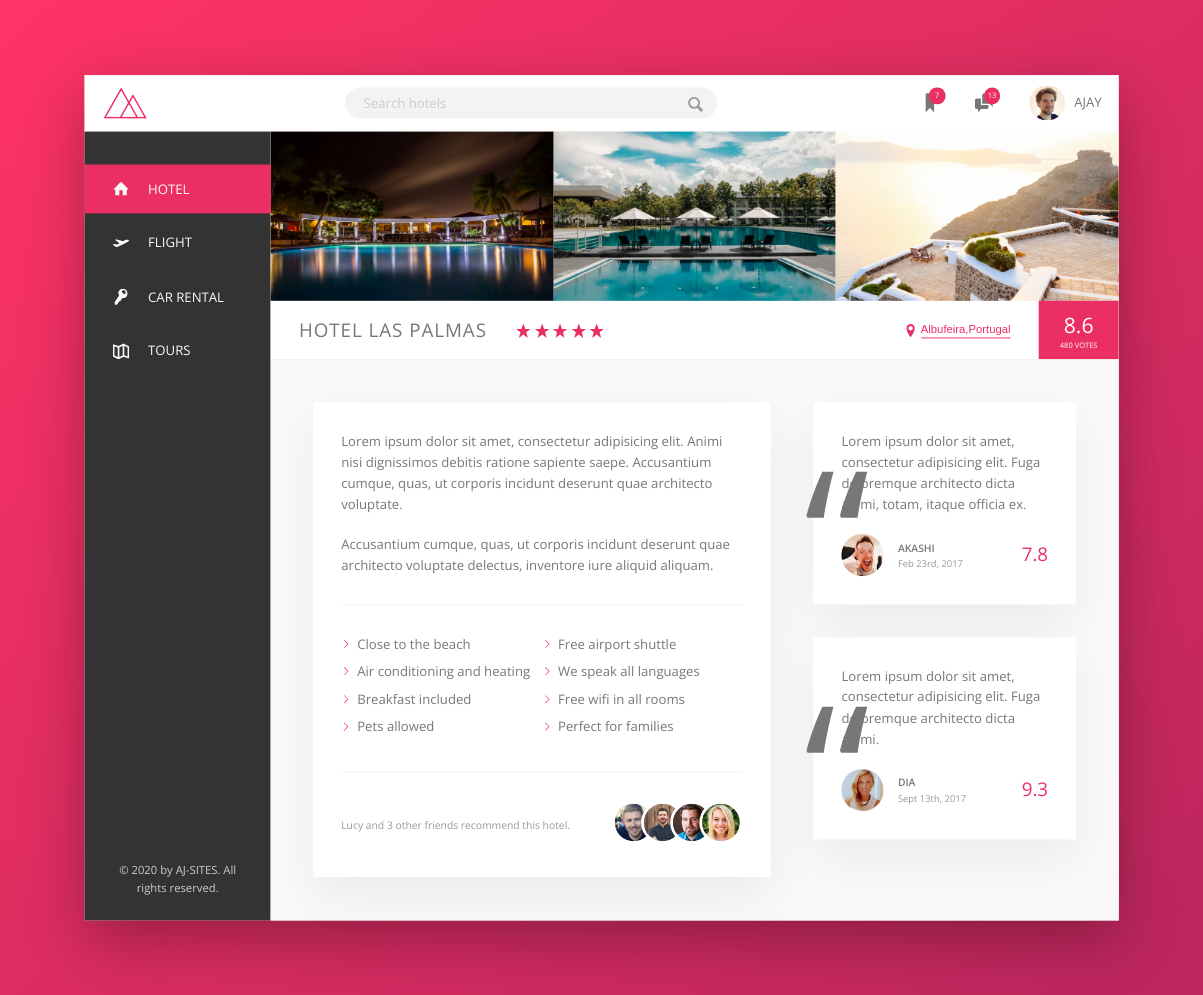
Repository: ajayaj2001/modern-Hotel
Page: /
An editor plug-in stored every save of this project. The page is shown before and after the next save, followed by the edit.
The browser window is 1280 px wide. The pictures show the whole page, at 94% of full size.
The project was rebuilt for these pictures with package versions that can differ from the ones it lists, and the page was loaded fresh each time.

Above is the page before, as saved 2020-12-14 00:19:39.

After the next save:
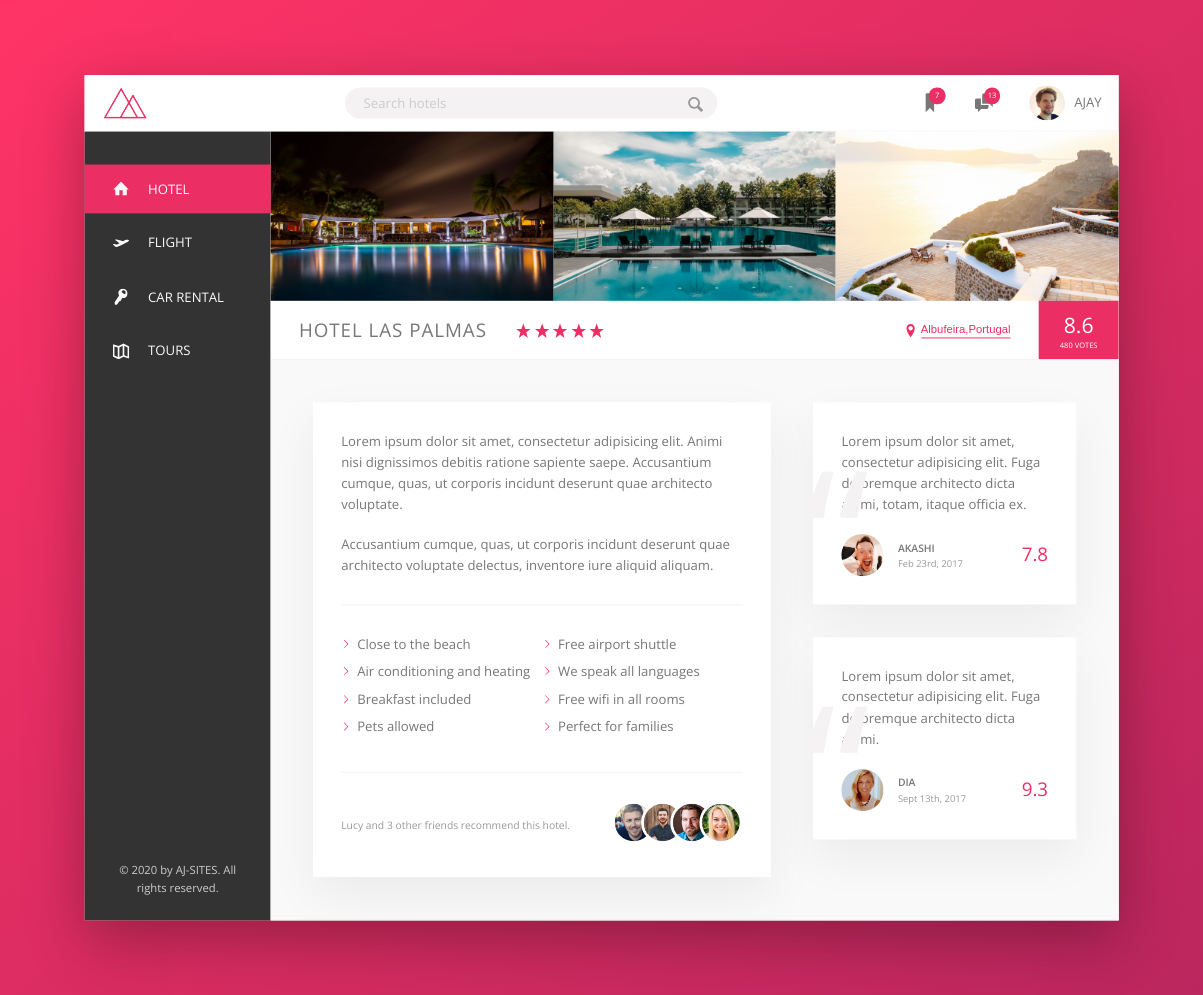
Saved 19 s later.
--- a/src/hotel-view/detail/review/Review.scss
+++ b/src/hotel-view/detail/review/Review.scss
@@ -40,5 +40,6 @@
         top: -2rem;
         left: -1rem;
         font-size: 20rem;
+        color: var(--color-gray-light-2);
     }
 }
